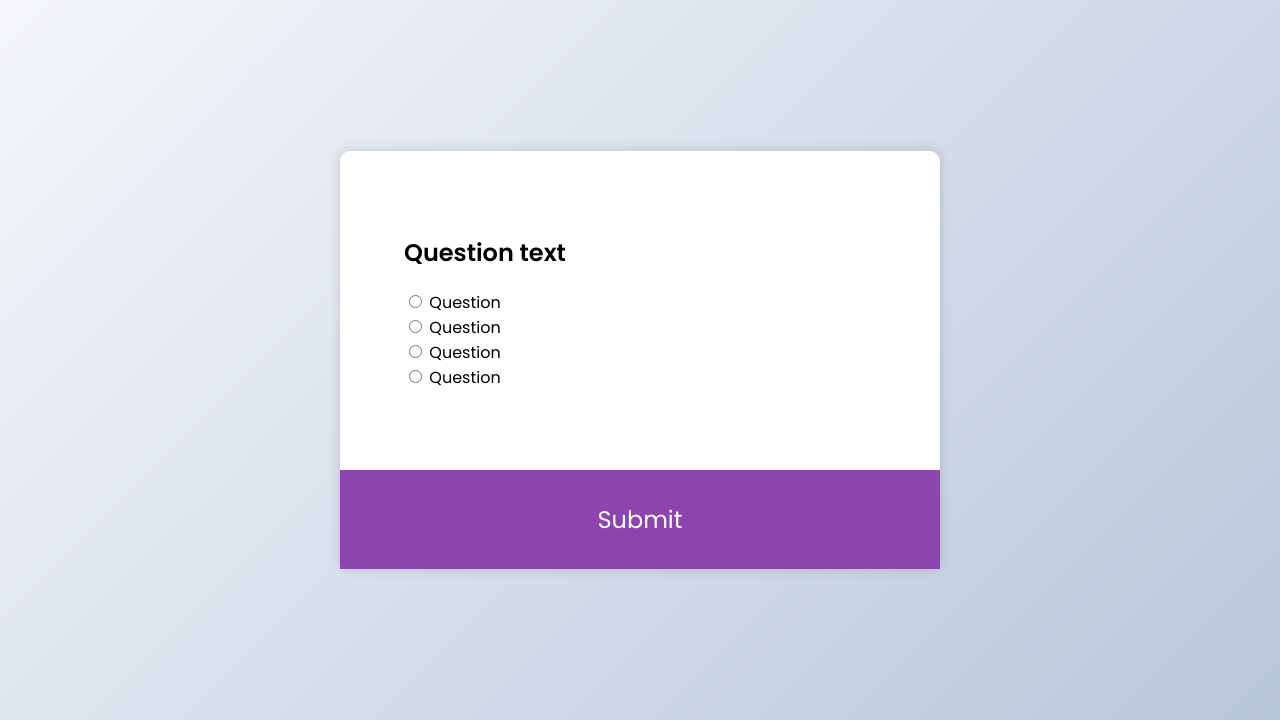
Repository: kate30980/projects-js-practice
Page: quiz-app/index.html
The author's editor kept a copy of each file at every save. The page is drawn from the files as they stood at one save, then again after the next save.
The browser window is 1280 px wide. The pictures show the whole page.

Above is the page before, as saved 2021-09-05 22:06:20.

### quiz-app/index.html
<!DOCTYPE html>
<html lang="en">

<head>
    <meta charset="UTF-8" />
    <meta name="viewport" content="width=device-width, initial-scale=1.0" />
    <title>Title</title>
    <link rel="stylesheet" href="style.css" />
    <script src="script.js" defer></script>
</head>

<body>
    <div class="quiz-container">
        <div class="quiz-header">
            <h2>Question text</h2>
            <ul>
                <li>
                    <input type="radio" id="a" name="answer">
                    <label for="a">Question</label>
                </li>
                <li>
                    <input type="radio" id="b" name="answer">
                    <label for="b">Question</label>
                </li>
                <li>
                    <input type="radio" id="c" name="answer">
                    <label for="c">Question</label>
                </li>
                <li>
                    <input type="radio" id="d" name="answer">
                    <label for="d">Question</label>
                </li>
            </ul>
        </div>
        <button>Submit</button>
    </div>
</body>

</html>

### quiz-app/style.css
@import url("https://fonts.googleapis.com/css2?family=Poppins:wght@200;400;600&display=swap");

* {
    box-sizing: border-box;
}

body {
    background-color: #b8c6db;
    background-image: linear-gradient(315deg,#b8c6db, #f5f7fa 100%);
    font-family: "Poppins", sans-serif;
    margin: 0;
    min-height: 100vh;

    display: flex;
    align-items: center;
    justify-content: center;

}

.quiz-container{
    background-color: #fff;
    width: 400px;
    border-radius: 10px;
    box-shadow: rgba(100, 100, 100, 0.2) 0px 0 10px 2px;
    width: 600px;
    max-width: 100%;
}
.quiz-header{
    padding: 4rem;
}
ul{
    list-style-type: none;
    padding: 0;
}
button{
    background-color:#8e44ad;
    display: block;
    width: 100%;
    padding: 2rem;
    color: white;
    font-family: inherit;
    border:none;
    font-size: 1.5rem;
}

### quiz-app/script.js
const quizData = [
  {
    question: "How old is Kate?",
    a: "10",
    b: "17",
    c: "21",
    d: "20",
    correct: "c",
  },
  {
    question: "What is the best programming language?",
    a: "Javascript",
    b: "Python",
    c: "C++",
    d: "PHP",
    correct: "a",
  },
  {
    question: "Who is the president of US?",
    a: "Kate Le",
    b: "Donald Trump",
    c: "Barack Obama",
    d: "Bill Clinton",
    correct: "a",
  },
  {
    question: "Kate is the best girl in the world",
    a: "Damn true",
    b: "This is a correct answer",
    c: "Aboslutely",
    d: "Dont need to ask this stupid question",
    correct: "a",
  },
  {
    question: "What year was Javascript launch",
    a: "2020",
    b: "2019",
    c: "1995",
    d: "None of the above",
    correct: "c",
  },
];

After the next save:
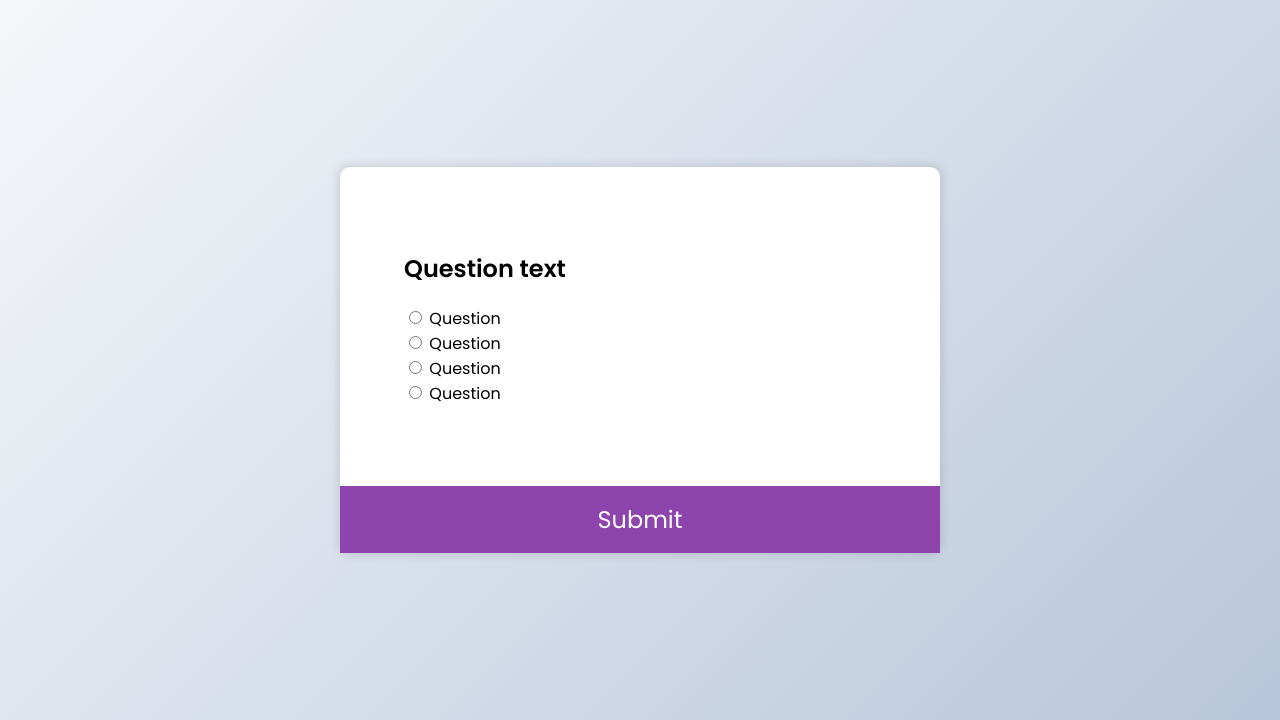
Saved 18 s later.
--- a/quiz-app/style.css
+++ b/quiz-app/style.css
@@ -36,7 +36,7 @@ button{
     background-color:#8e44ad;
     display: block;
     width: 100%;
-    padding: 2rem;
+    padding: 1rem;
     color: white;
     font-family: inherit;
     border:none;
